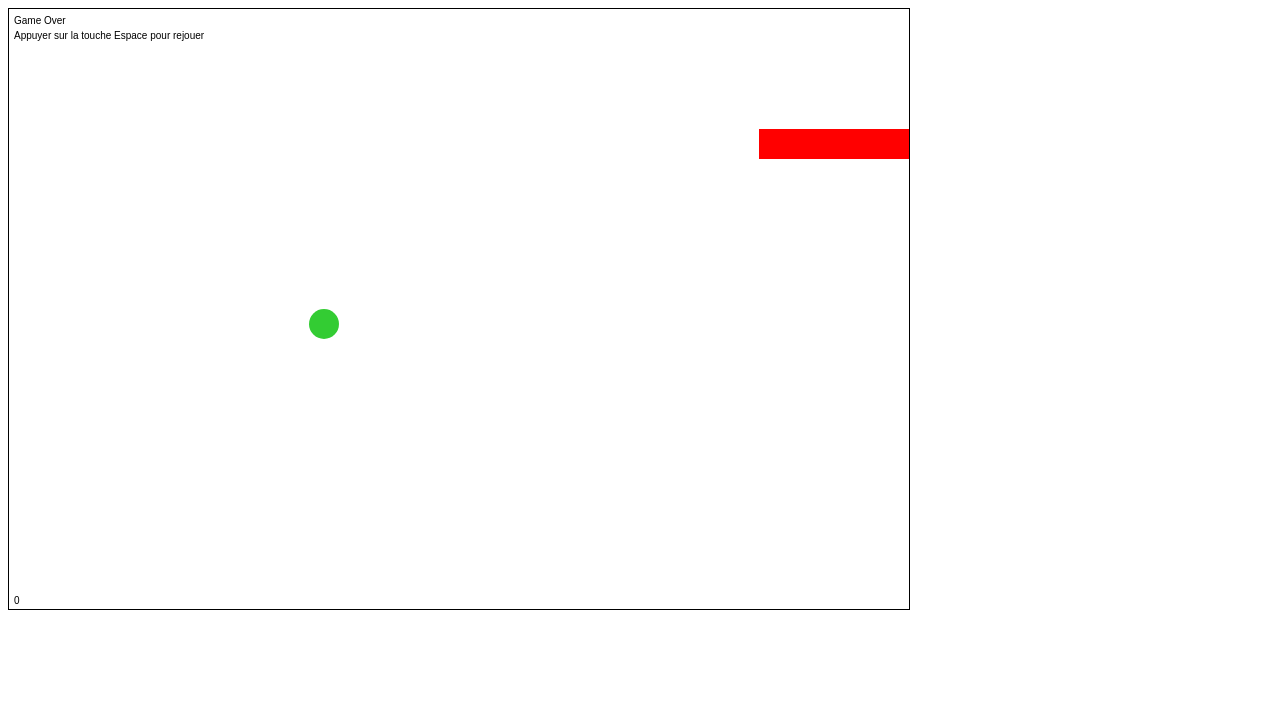
Repository: 0Memo/serpent
Page: index.html
These files come from the project's save history. The page is drawn as it stood at one moment and after the next save; the edit follows.
The browser window is 1280 px wide. The pictures show the whole page.

Above is the page before, as saved 2020-12-16 22:06:28.

After the next save:
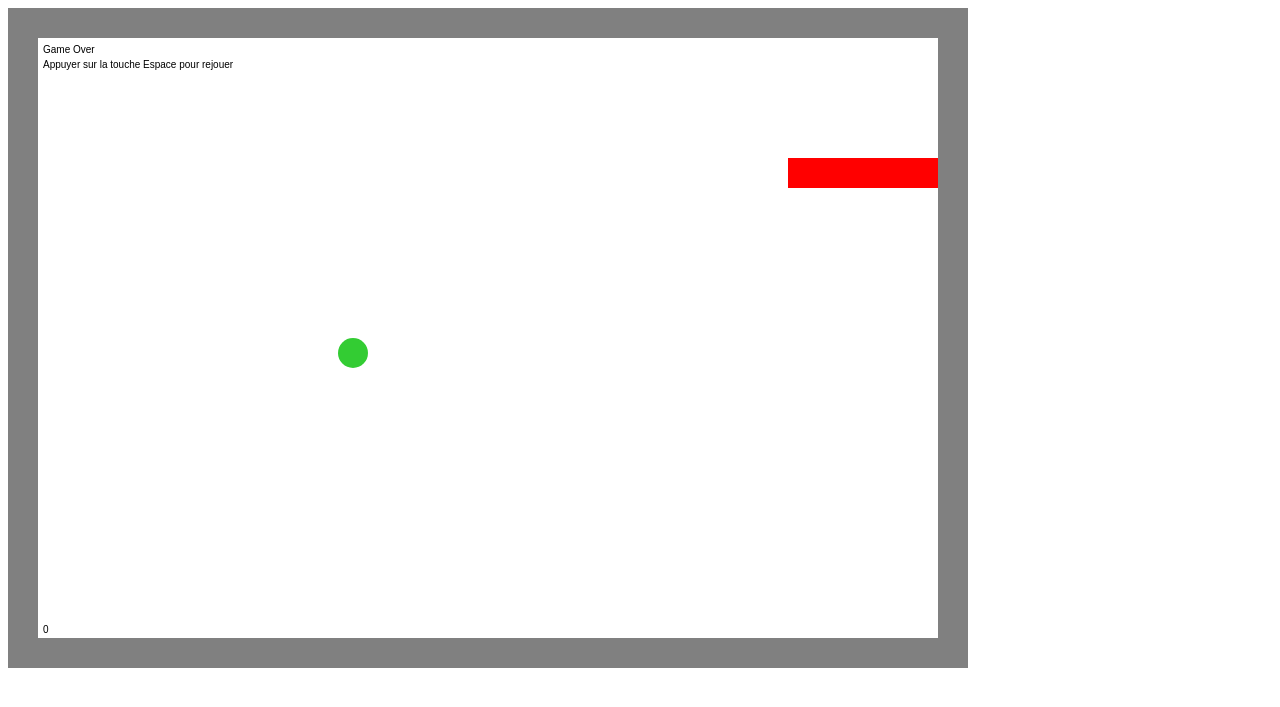
Saved 2 min 7 s later.
--- a/js/script.js
+++ b/js/script.js
@@ -16,7 +16,7 @@ window.onload = function(){
         var canvas = document.createElement('canvas');
         canvas.width = canvasWidth;
         canvas.height = canvasHeight;
-        canvas.style.border = "1px solid";
+        canvas.style.border = "30px solid gray";
         document.body.appendChild(canvas);
         ctx = canvas.getContext('2d');
         snakey = new snake([[6,4], [5,4], [4,4], [3,4], [2, 4]], "right");
